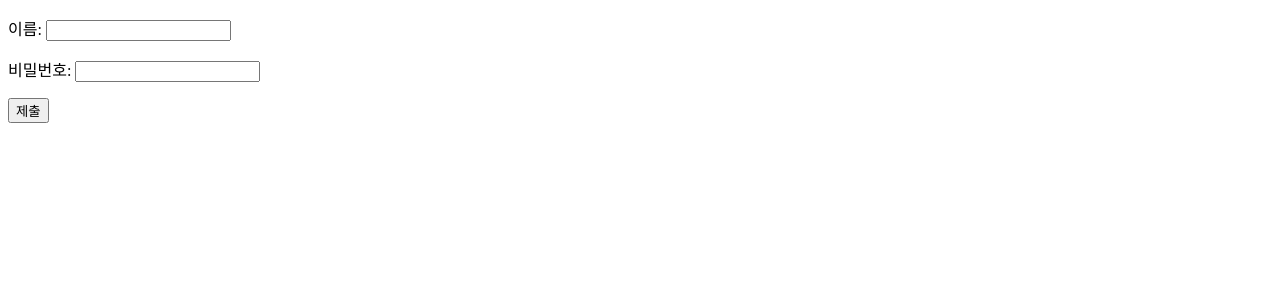
Repository: JiWonJang0514/jspForm
Page: http://localhost/Form/textPassword.jsp
The author's editor kept a copy of each file at every save. The page is drawn from the files as they stood at one save, then again after the next save.
The browser window is 1280 px wide. The pictures show the whole page.
The page is served by Tomcat 9.

Above is the page before, as saved 2022-04-23 13:42:36.

After the next save:
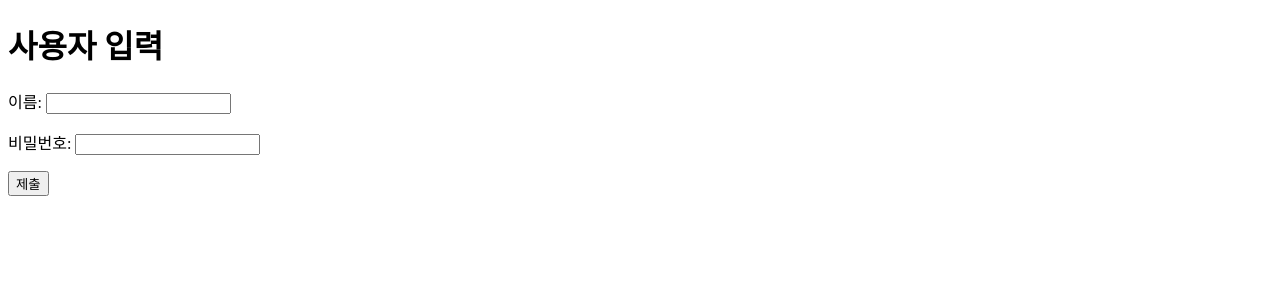
Saved 46 s later.
--- a/form/Form/WebContent/textPassword.jsp
+++ b/form/Form/WebContent/textPassword.jsp
@@ -7,6 +7,8 @@
 <title>사용자 입력 양식 - text, password</title>
 </head>
 <body>
+	<h1>사용자 입력</h1>
+
 	<form action="textPassword_act.jsp" method="GET">
 		<p>이름: <input type="text" name="name"></p>
 		<p>비밀번호: <input type="password" name="pwd"></p>
